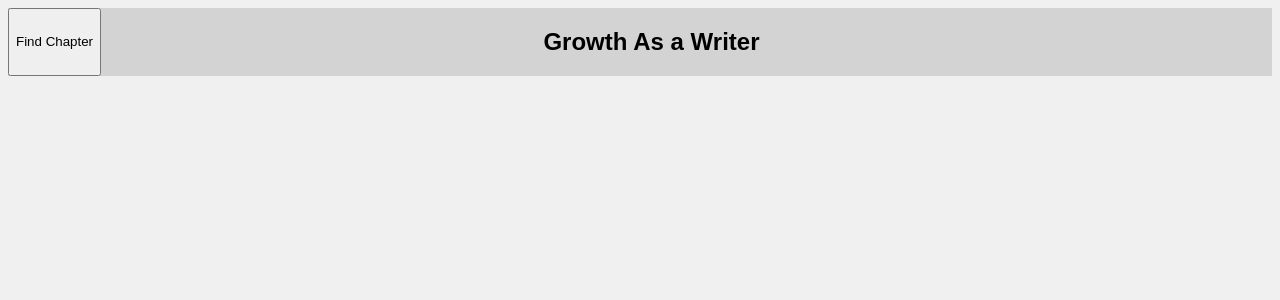
Repository: jpaisiem/WP-4
Page: index.html
These files come from the project's save history. The page is drawn as it stood at one moment and after the next save; the edit follows.
The browser window is 1280 px wide. The pictures show the whole page.

Above is the page before, as saved 2025-04-29 11:51:58.

After the next save:
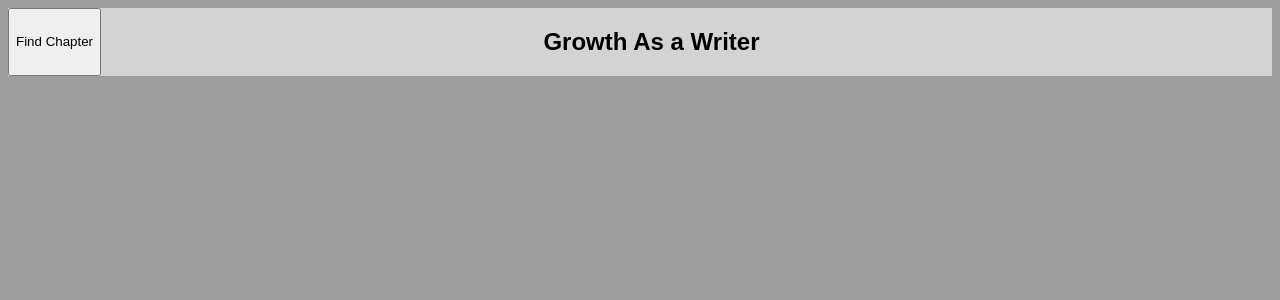
Saved 13 s later.
--- a/index.html
+++ b/index.html
@@ -4,7 +4,7 @@
 <meta name="viewport" content="width=device-width, initial-scale=1">
 <style>
     body{
-        background-color: #f0f0f0;
+        background-color: #9e9e9e;
         font-family: Arial, sans-serif;
     }
 /* Popup container - can be anything you want */
